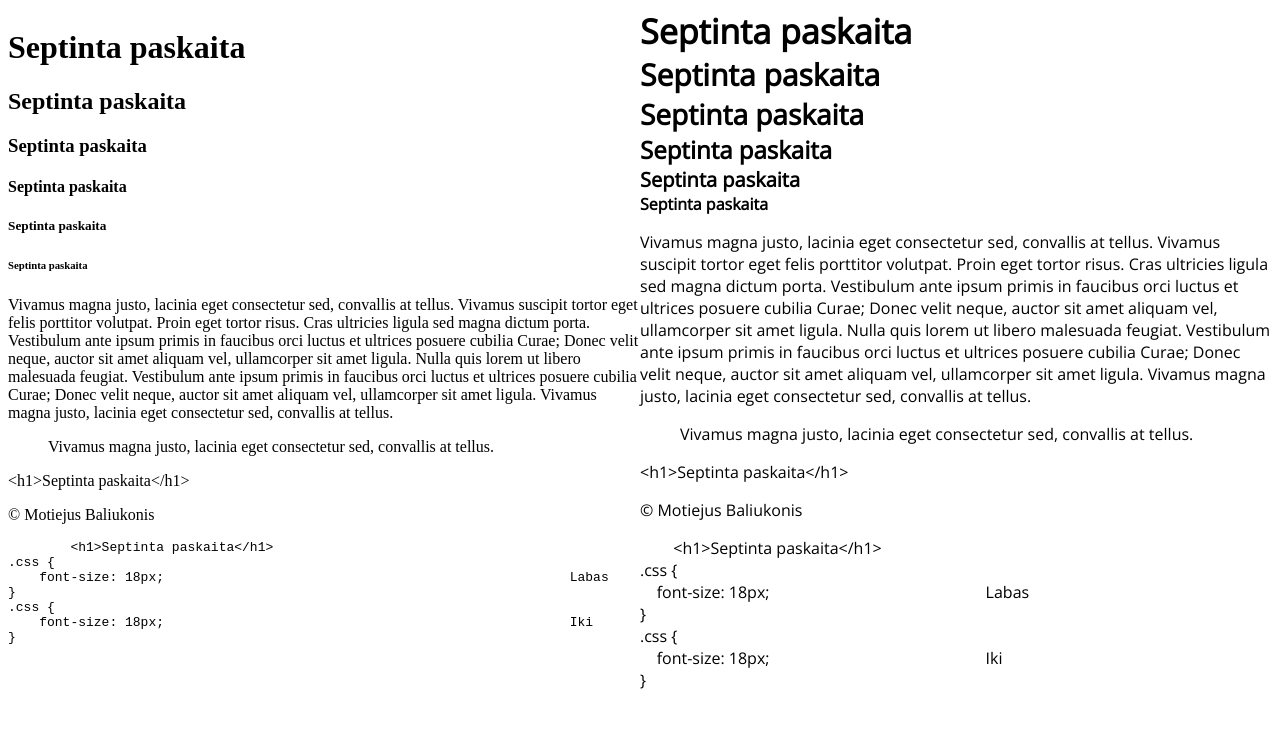
Repository: motiejus1/07-paskaita-05.31
Page: index.html
These files come from the project's save history. The page is drawn as it stood at one moment and after a run of saves; the edit follows.
The browser window is 1280 px wide. The pictures show the whole page.

Above is the page before, as saved 2021-06-10 19:59:54.

### index.html
<!DOCTYPE html>
<html lang="en">
<head>
    <meta charset="UTF-8">
    <meta http-equiv="X-UA-Compatible" content="IE=edge">
    <meta name="viewport" content="width=device-width, initial-scale=1.0">
    <title>Septinta paskaita</title>

    <link rel="preconnect" href="https://fonts.gstatic.com">
    <link href="https://fonts.googleapis.com/css2?family=Open+Sans&display=swap" rel="stylesheet">

    <style>
        .container {
            width: 100%;
        }

        .left, .right {
            float:left;
            width: 50%;
        }

        .right {
            font-family: 'Open Sans', sans-serif;
        }

        .right pre {
            font-family: 'Open Sans', sans-serif;
        }

        .right h1, .right h2, .right h3, .right h4, .right h5, .right h6 {
            margin: 0;
        }

        .right h1 {
            /* font-family: 'Open Sans', sans-serif; */
            font-size: 34px;
            /* line-height: 0px; */
        }

        .right h2 {
            font-size: 30px;
            /* line-height: 0px; */
        }

        .right h3 {
            font-size: 28px;
            /* line-height: 0px; */
        }

        .right h4 {
            font-size: 24px;
            /* line-height: 0px; */
        }

        .right h5 {
            font-size: 20px;
            /* line-height: 0px; */
        }

        .right h6 {
            font-size: 16px;
            /* line-height: 0px; */
        }

    </style>
</head>
<body>
    <div class="container">
        <div class="left">
            <h1>Septinta paskaita</h1>
            <h2>Septinta paskaita</h2>
            <h3>Septinta paskaita</h3>
            <h4>Septinta paskaita</h4>
            <h5>Septinta paskaita</h5>
            <h6>Septinta paskaita</h6>

            <p>Vivamus magna justo, lacinia eget consectetur sed, convallis at tellus. Vivamus suscipit tortor eget felis porttitor volutpat. Proin eget tortor risus. Cras ultricies ligula sed magna dictum porta. Vestibulum ante ipsum primis in faucibus orci luctus et ultrices posuere cubilia Curae; Donec velit neque, auctor sit amet aliquam vel, ullamcorper sit amet ligula. Nulla quis lorem ut libero malesuada feugiat. Vestibulum ante ipsum primis in faucibus orci luctus et ultrices posuere cubilia Curae; Donec velit neque, auctor sit amet aliquam vel, ullamcorper sit amet ligula. Vivamus magna justo, lacinia eget consectetur sed, convallis at tellus.</p>

            <blockquote>Vivamus magna justo, lacinia eget consectetur sed, convallis at tellus.</blockquote>

            <p> &lt;h1&gt;Septinta paskaita&lt;/h1&gt;  </p>
            <p>&copy; Motiejus Baliukonis</p>

            <pre>
        &lt;h1&gt;Septinta paskaita&lt;/h1&gt;
.css {
    font-size: 18px;                                                    Labas
}
.css {
    font-size: 18px;                                                    Iki
}
            </pre>
        </div>
        <div class="right">
            <h1>Septinta paskaita</h1>
            <h2>Septinta paskaita</h2>
            <h3>Septinta paskaita</h3>
            <h4>Septinta paskaita</h4>
            <h5>Septinta paskaita</h5>
            <h6>Septinta paskaita</h6>

            <p>Vivamus magna justo, lacinia eget consectetur sed, convallis at tellus. Vivamus suscipit tortor eget felis porttitor volutpat. Proin eget tortor risus. Cras ultricies ligula sed magna dictum porta. Vestibulum ante ipsum primis in faucibus orci luctus et ultrices posuere cubilia Curae; Donec velit neque, auctor sit amet aliquam vel, ullamcorper sit amet ligula. Nulla quis lorem ut libero malesuada feugiat. Vestibulum ante ipsum primis in faucibus orci luctus et ultrices posuere cubilia Curae; Donec velit neque, auctor sit amet aliquam vel, ullamcorper sit amet ligula. Vivamus magna justo, lacinia eget consectetur sed, convallis at tellus.</p>

            <blockquote>Vivamus magna justo, lacinia eget consectetur sed, convallis at tellus.</blockquote>

            <p> &lt;h1&gt;Septinta paskaita&lt;/h1&gt;  </p>
            <p>&copy; Motiejus Baliukonis</p>

            <pre>
        &lt;h1&gt;Septinta paskaita&lt;/h1&gt;
.css {
    font-size: 18px;                                                    Labas
}
.css {
    font-size: 18px;                                                    Iki
}
            </pre>
        </div>
    </div>
</body>
</html>

After the next 2 saves:
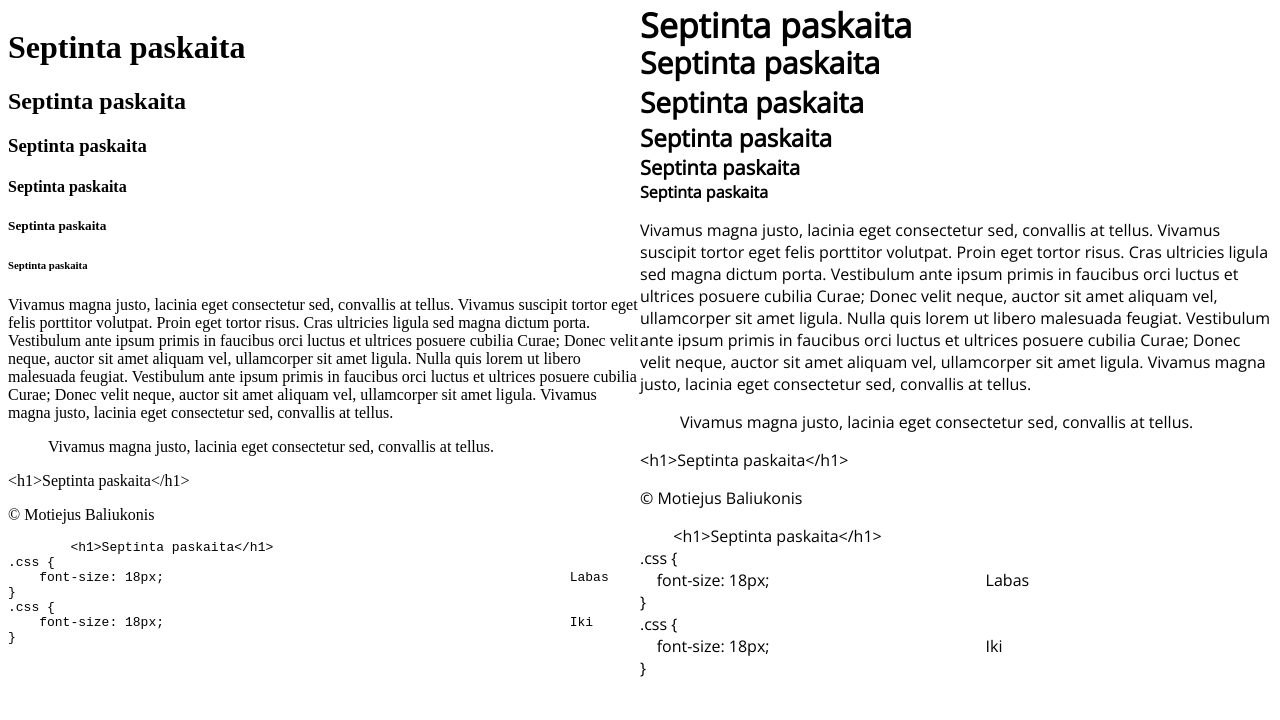
The 2 saves are shown as one change because they came seconds apart.
The last was saved 4 min 57 s later.
--- a/index.html
+++ b/index.html
@@ -34,7 +34,7 @@
         .right h1 {
             /* font-family: 'Open Sans', sans-serif; */
             font-size: 34px;
-            /* line-height: 0px; */
+            line-height: 34px;
         }
 
         .right h2 {
